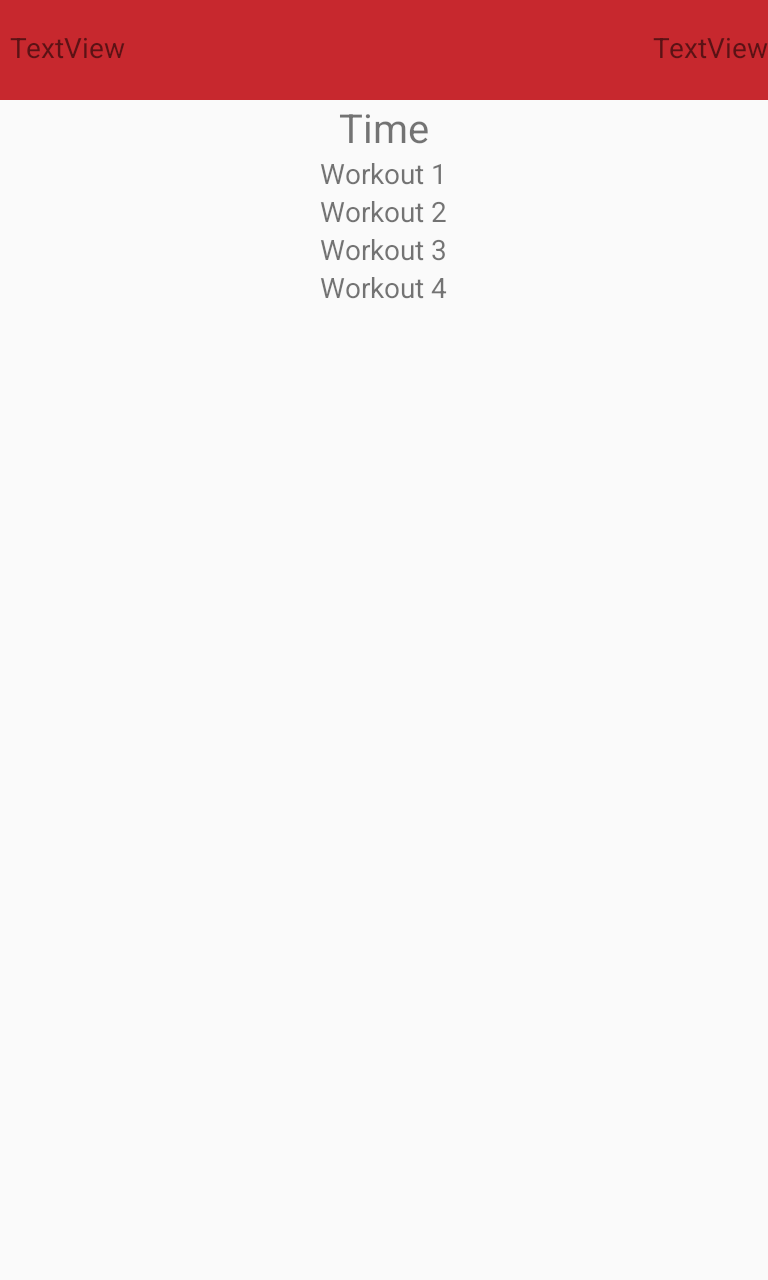
Repository: hackathon-2014/devdroid-repo
Layout: HealthyCompetition/res/layout/battlefield_layout.xml
An editor plug-in stored every save of this project. The layout is shown before and after the next save, followed by the edit.
It is drawn on a 768 x 1280 px phone screen (xhdpi) without system bars, with theme AppTheme; the app's code is not run.

Above is the layout before, as saved 2014-08-23 18:55:36.

After the next save:
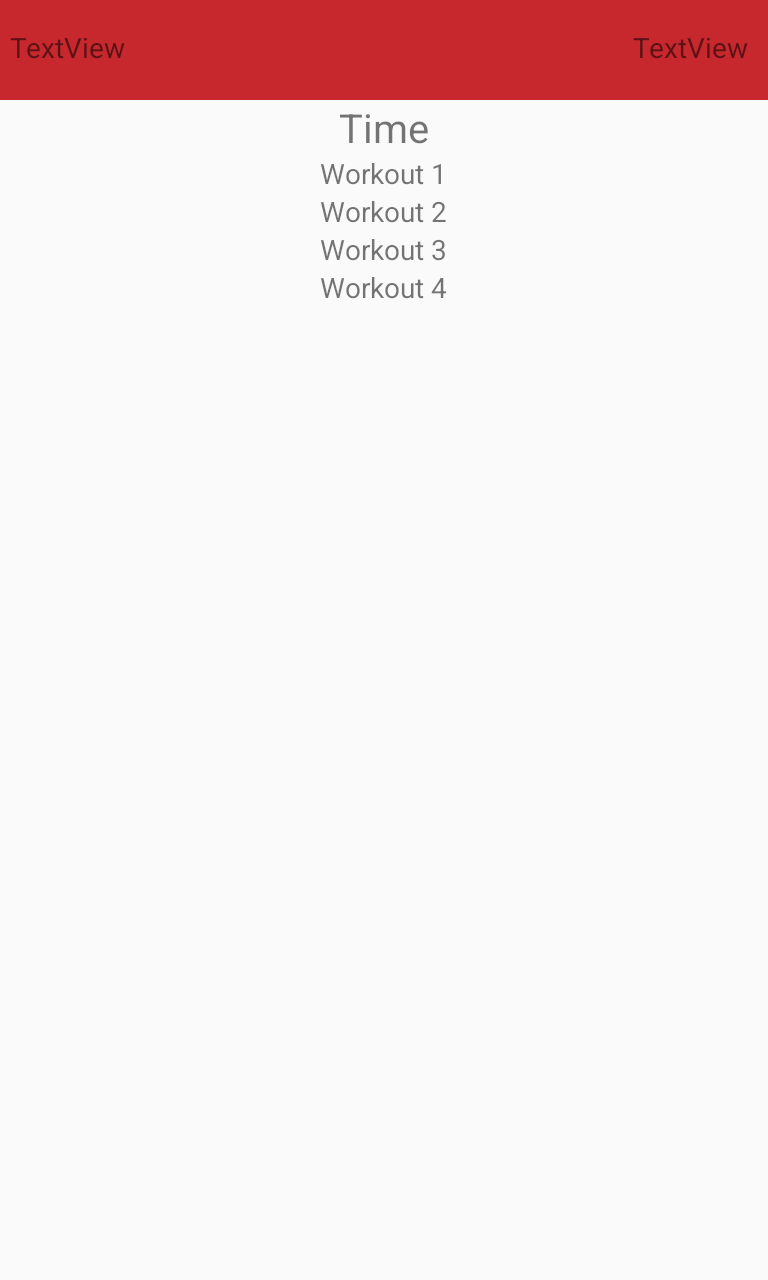
Saved 31 s later.
--- a/HealthyCompetition/res/layout/battlefield_layout.xml
+++ b/HealthyCompetition/res/layout/battlefield_layout.xml
@@ -42,6 +42,7 @@
             android:layout_alignBottom="@+id/player_one_name"
             android:layout_alignParentRight="true"
             android:layout_alignParentTop="true"
+            android:layout_marginRight="10dp"
             android:text="TextView" />
 
     </RelativeLayout>
